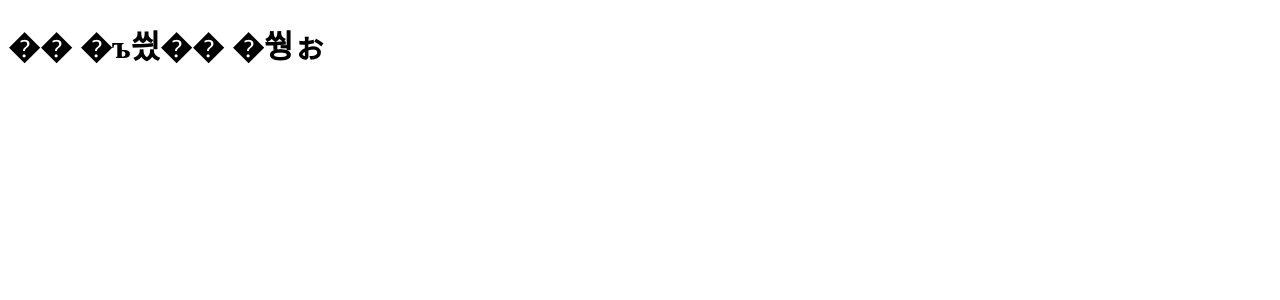
Repository: ks31030/SPRINGBOOT-WORKSPACE
Page: springboot-workplace/springTestProject-1/src/main/resources/static/Header.html
An editor plug-in stored every save of this project. The page is shown before and after the next save, followed by the edit.
The browser window is 1280 px wide. The pictures show the whole page.

Above is the page before, as saved 2023-11-21 05:23:27.

### springboot-workplace/springTestProject-1/src/main/resources/static/Header.html
<!DOCTYPE html>
<html>
<head>
<meta charset="EUC-KR">
<title>머릿말</title>
</head>
<body>
	<h1> 웹 사이트 제목</h1>
</body>
</html>

After the next save:
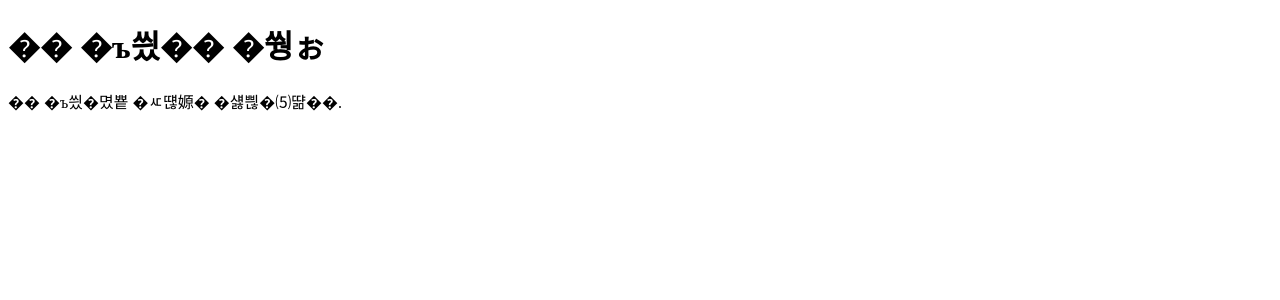
Saved 12 s later.
--- a/springboot-workplace/springTestProject-1/src/main/resources/static/Header.html
+++ b/springboot-workplace/springTestProject-1/src/main/resources/static/Header.html
@@ -6,5 +6,6 @@
 </head>
 <body>
 	<h1> 웹 사이트 제목</h1>
+	<p>웹 사이트에 오신걸 환영합니다.</p>
 </body>
 </html>
